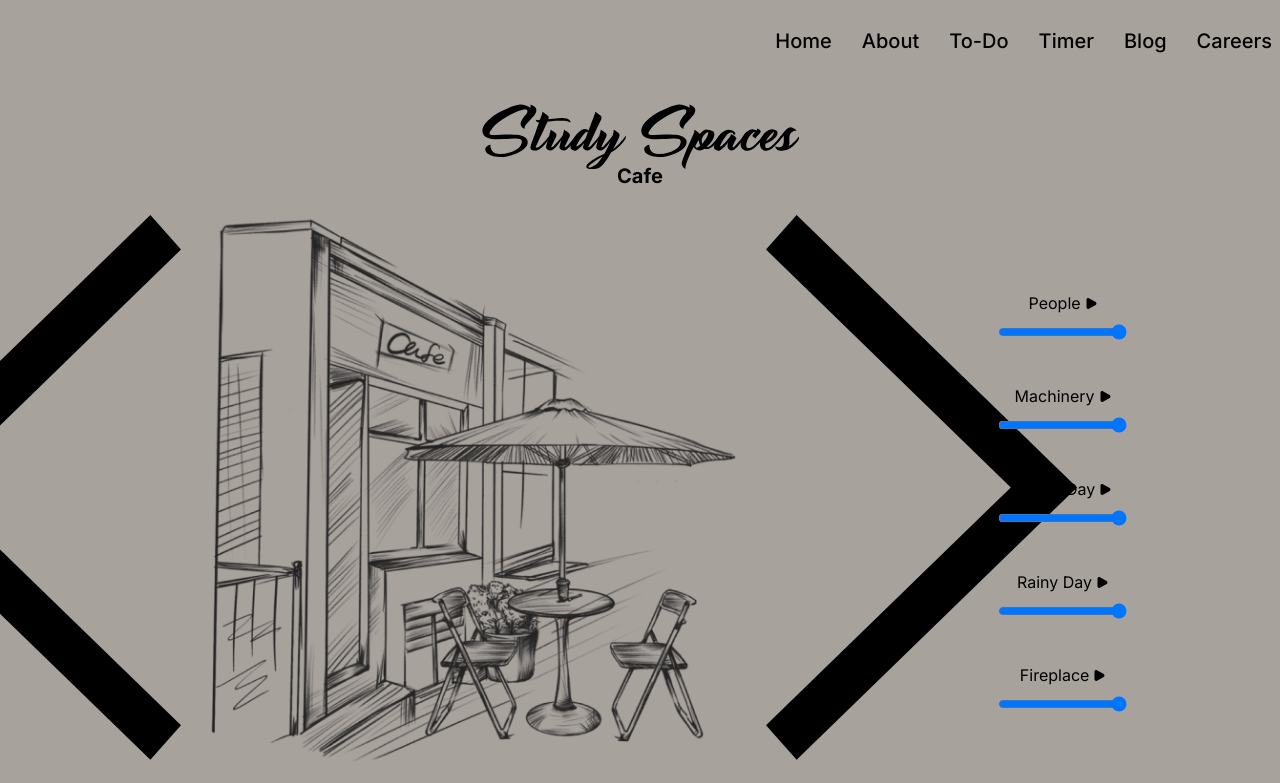
Repository: kaitlynlie/studyspaces
Page: / (app in studyspaces/)
An editor plug-in stored every save of this project. The page is shown before and after the next save, followed by the edit.
The browser window is 1280 px wide. The pictures show the whole page.
The project was rebuilt for these pictures with package versions that can differ from the ones it lists, and the page was loaded fresh each time. Also part of the build but not shown: studyspaces/vite.config.ts. Imported but missing from the stored project, and not drawn on this page: studyspaces/src/audio/fireplace.wav, studyspaces/src/audio/people.wav, studyspaces/src/audio/rain.wav, studyspaces/src/audio/softmachinery.mp3, studyspaces/src/audio/sun.wav.

Above is the page before, as saved 2023-09-28 10:54:38.

After the next save:
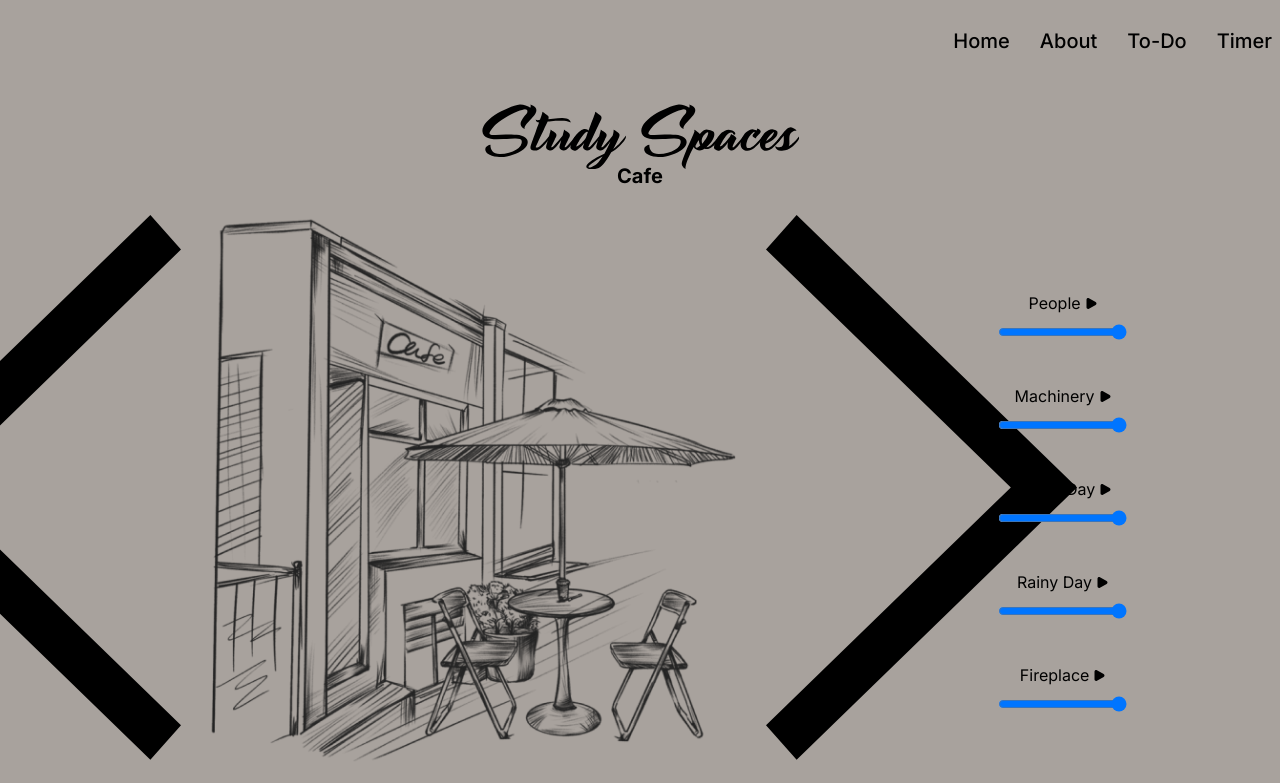
Saved 5 s later.
--- a/studyspaces/src/pages/Navbar.tsx
+++ b/studyspaces/src/pages/Navbar.tsx
@@ -22,8 +22,6 @@ const Navbar = () => {
         <Link onClick={openNav} to='/about'><li><a>About</a></li></Link>
         <Link onClick={openNav} to='/membership'><li><a>To-Do</a></li></Link>
         <Link onClick={openNav} to='/faq'><li><a>Timer</a></li></Link>
-        <Link onClick={openNav} to='/blog'><li><a>Blog</a></li></Link>
-        <Link onClick={openNav} to='/careers'><li><a>Careers</a></li></Link>
       </ul>
     </div>
 
